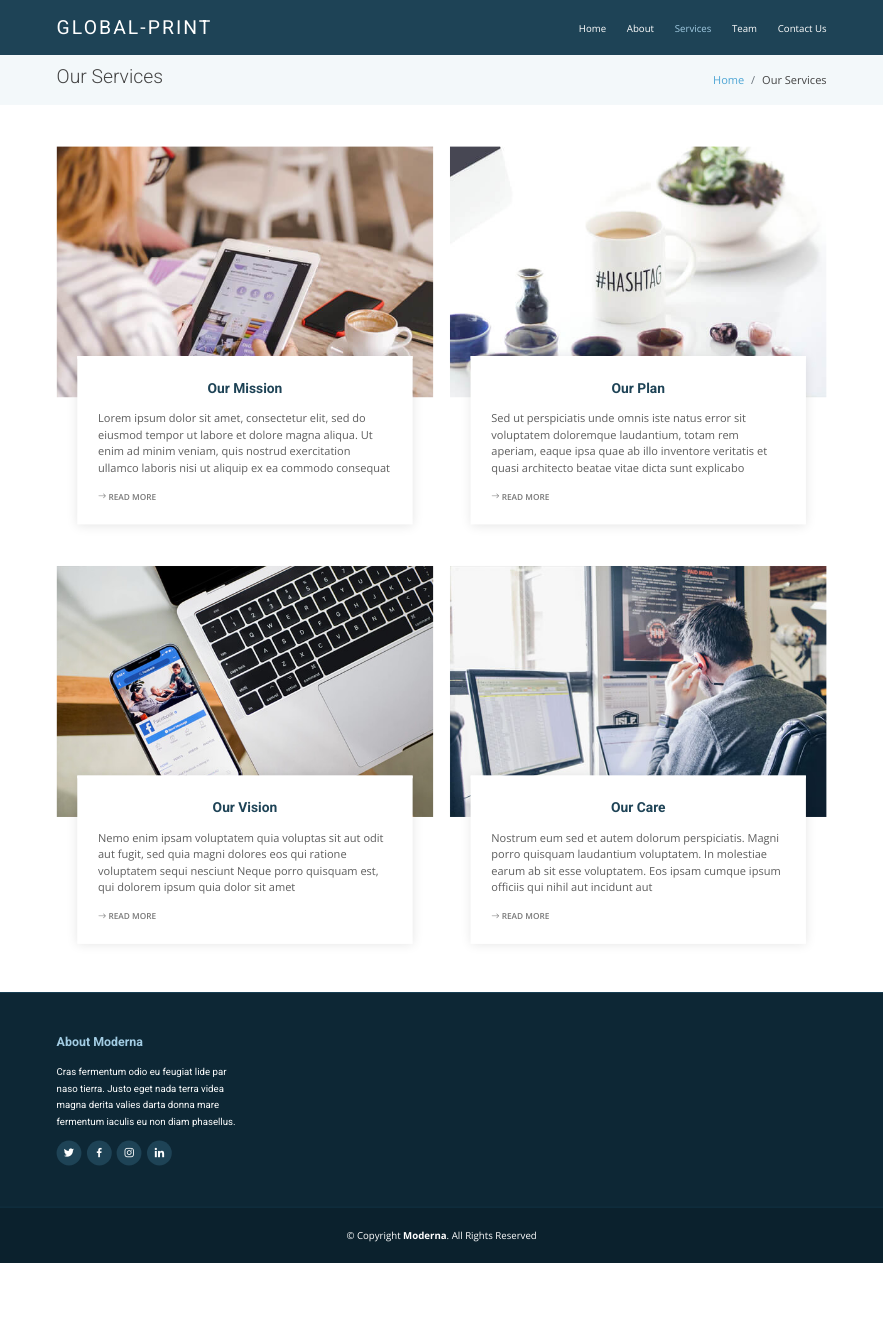
Repository: VachArt/Global-print
Page: services.html
The author's editor kept a copy of each file at every save. The page is drawn from the files as they stood at one save, then again after the next save.
The browser window is 1280 px wide. The pictures show the whole page, at 69% of full size.

Above is the page before, as saved 2022-06-09 12:50:55.

After the next save:
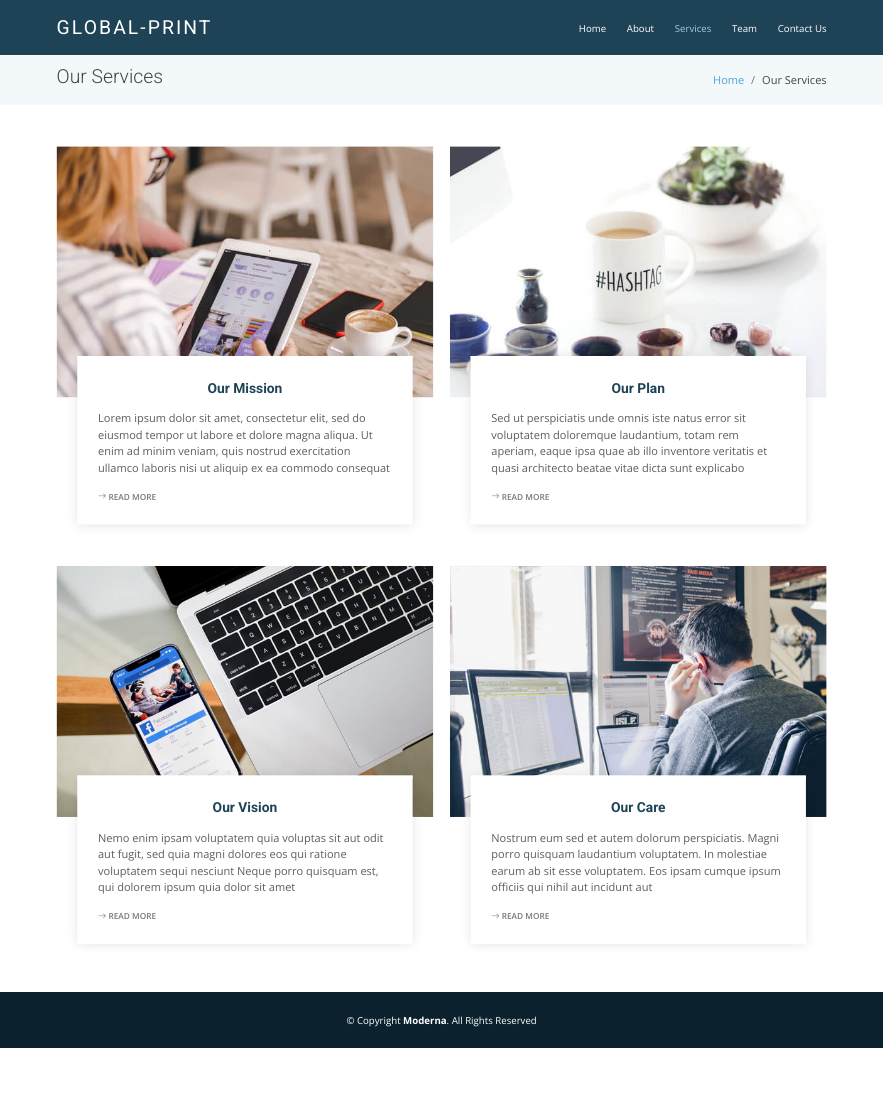
Saved 12 s later.
--- a/services.html
+++ b/services.html
@@ -137,25 +137,6 @@
   <!-- ======= Footer ======= -->
   <footer id="footer" data-aos="fade-up" data-aos-easing="ease-in-out" data-aos-duration="500">
 
-
-    <div class="footer-top">
-      <div class="container">
-        <div class="row">
-          <div class="col-lg-3 col-md-6 footer-info">
-            <h3>About Moderna</h3>
-            <p>Cras fermentum odio eu feugiat lide par naso tierra. Justo eget nada terra videa magna derita valies darta donna mare fermentum iaculis eu non diam phasellus.</p>
-            <div class="social-links mt-3">
-              <a href="#" class="twitter"><i class="bx bxl-twitter"></i></a>
-              <a href="#" class="facebook"><i class="bx bxl-facebook"></i></a>
-              <a href="#" class="instagram"><i class="bx bxl-instagram"></i></a>
-              <a href="#" class="linkedin"><i class="bx bxl-linkedin"></i></a>
-            </div>
-          </div>
-
-        </div>
-      </div>
-    </div>
-
     <div class="container">
       <div class="copyright">
         &copy; Copyright <strong><span>Moderna</span></strong>. All Rights Reserved
